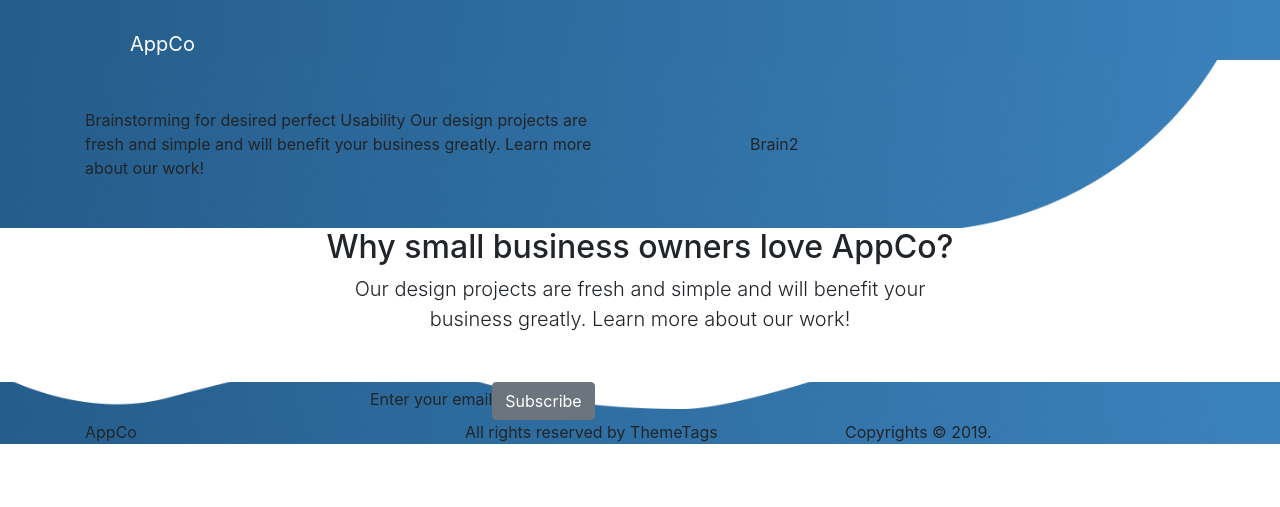
Repository: andbilous/user-statistics-app
Page: /
These files come from the project's save history. The page is drawn as it stood at one moment and after a run of saves; the edit follows.
The browser window is 1280 px wide. The pictures show the whole page.
The project was rebuilt for these pictures with package versions that can differ from the ones it lists, and the page was loaded fresh each time. Also part of the build but not shown: src/components/reasons/reasons.scss.

Above is the page before, as saved 2020-06-19 15:07:51.

After the next 5 saves:
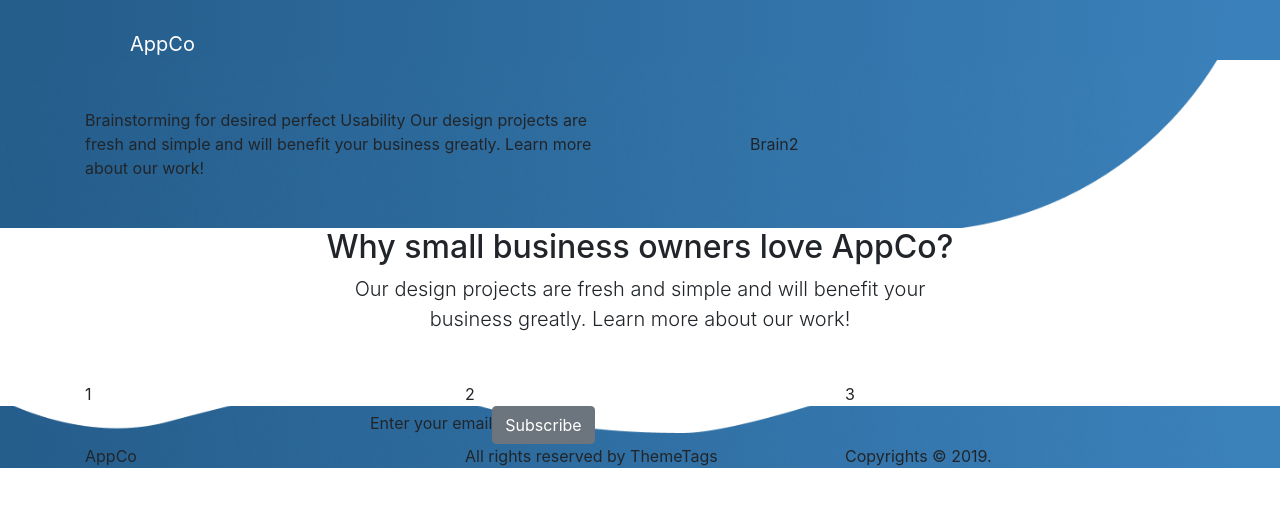
The 5 saves are shown as one change because they came seconds apart.
The last was saved 17 s later.
--- a/src/components/reasons/index.js
+++ b/src/components/reasons/index.js
@@ -18,9 +18,9 @@ const Reasons = () => {
           </Col>
           </Row>
           <Row className="justify-content-center">
-            <Col className='col-lg-4 col-md'></Col>
-            <Col></Col>
-            <Col></Col>
+            <Col className='col-lg-4 col-md'>1</Col>
+            <Col className='col-lg-4 col-md'>2</Col>
+            <Col className='col-lg-4 col-md'>3</Col>
           </Row>
 
       </Container>
